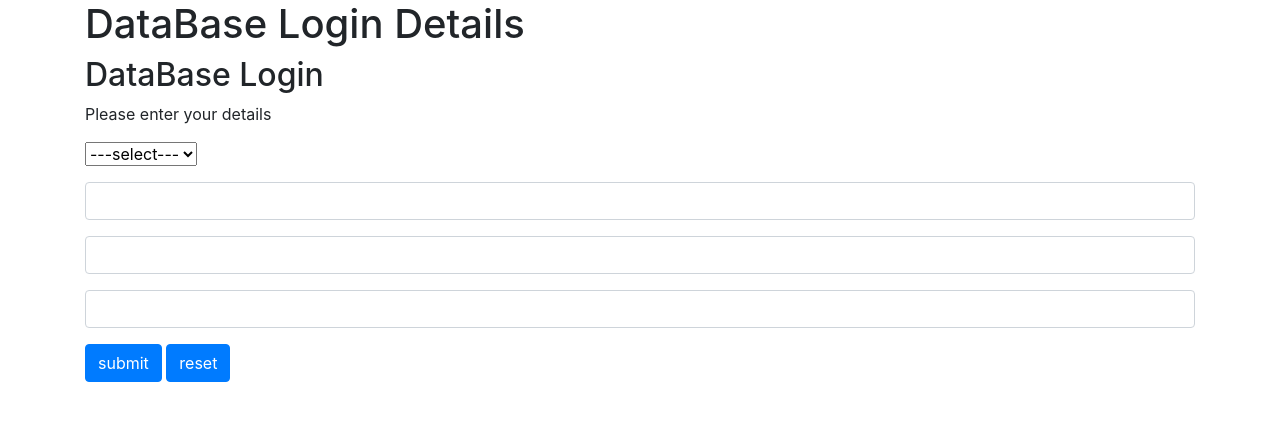
Repository: manish1905/MetaData_Details
Page: http://localhost/MetaData_Details/dbDetails
An editor plug-in stored every save of this project. The page is shown before and after the next save, followed by the edit.
The browser window is 1280 px wide. The pictures show the whole page.
Some web libraries are served in a nearby version. The page is served by Tomcat 9. Other server files are loaded and not shown.

Above is the page before, as saved 2019-01-04 06:17:53.
Console error: TypeError: Cannot read properties of undefined (reading 'fn')

### MetaData_Details/web/WEB-INF/jsps/dbDetail.jsp
<%@ page language="java" contentType="text/html; charset=ISO-8859-1"
    pageEncoding="ISO-8859-1"%>
    <%@ taglib prefix="form" uri="http://www.springframework.org/tags/form"%>

<!DOCTYPE html PUBLIC "-//W3C//DTD HTML 4.01 Transitional//EN" "http://www.w3.org/TR/html4/loose.dtd">
<html>
<head>
<meta charset="ISO-8859-1">
<link href="//maxcdn.bootstrapcdn.com/bootstrap/4.1.1/css/bootstrap.min.css" rel="stylesheet" id="bootstrap-css">
<script src="//maxcdn.bootstrapcdn.com/bootstrap/4.1.1/js/bootstrap.min.js"></script>
<script src="//cdnjs.cloudflare.com/ajax/libs/jquery/3.2.1/jquery.min.js"></script>

<script  type="text/javascript">
	function inputField()
	{
		 var selectItem=document.getElementById("dbName").value;
		if(selectItem=='OracleDB')
		{
			document.getElementById("url").value='jdbc:oracle:thin:@';
		}
		 if(selectItem=='SQL')
			{
			document.getElementById("url").value='jdbc:mysql://';
			}
		if(selectItem=='DB2')
			{
			document.getElementById("url").value='jdbc:db2:';
			}
			if(selectItem=='Sybase')
				{
				document.getElementById("url").value='jdbc:sybase:Tds:';
				}
	}

</script>
</head>


<body id="dbForm">
<div class="container">
<h1 class="form-heading">DataBase Login Details</h1>
<div class="login-form">
<div class="main-div">
<div class="panel">
   <h2>DataBase Login</h2>
   <p>Please enter your details</p>
   </div>
	<form:form id="dblogin" method="POST" action="dbDetailSuccess" modelAttribute="dataBaseBean">
	<div class="form-group">
	<form:select path="dbName" onchange="javascript:inputField()" id="dbName">
	<form:option value="None" label="---select---"/>
	<form:option value="OracleDB" label="OracleDB"/>
	<form:option value="SQL" label="SQL"/>
	<form:option value="DB2" label="DB2"/>
	<form:option value="Sybase" label="Sybase"/>
	</form:select>
	</div>
	<div class="form-group">
	<form:input class="form-control" name="url" path="url" id="url"/>
	</div>
	<div class="form-group">
	<form:input class="form-control" name="user" path="user"/>
	</div>
	<div class="form-group">
	<form:password class="form-control" name="password" path="password"/>
	</div>

	<input type="submit" class="btn btn-primary" value="submit"/>
	<input type="reset" class="btn btn-primary" value="reset"/>
	</form:form>


</div>
</div>
</div>


</body>
</html>

After the next save:
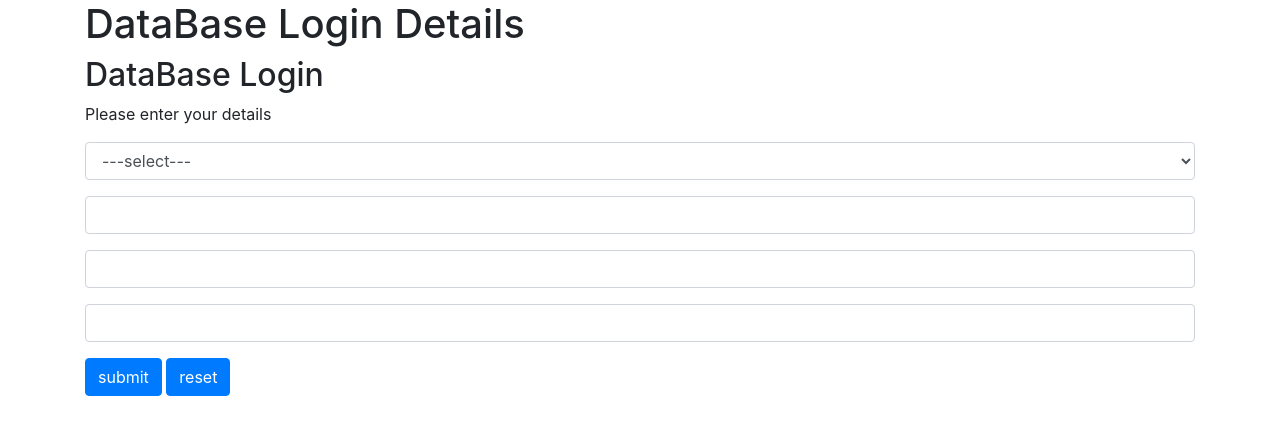
Saved 8 s later.
--- a/MetaData_Details/web/WEB-INF/jsps/dbDetail.jsp
+++ b/MetaData_Details/web/WEB-INF/jsps/dbDetail.jsp
@@ -47,7 +47,7 @@
    </div>
 	<form:form id="dblogin" method="POST" action="dbDetailSuccess" modelAttribute="dataBaseBean">
 	<div class="form-group">
-	<form:select path="dbName" onchange="javascript:inputField()" id="dbName">
+	<form:select class="form-control" path="dbName" onchange="javascript:inputField()" id="dbName">
 	<form:option value="None" label="---select---"/>
 	<form:option value="OracleDB" label="OracleDB"/>
 	<form:option value="SQL" label="SQL"/>
